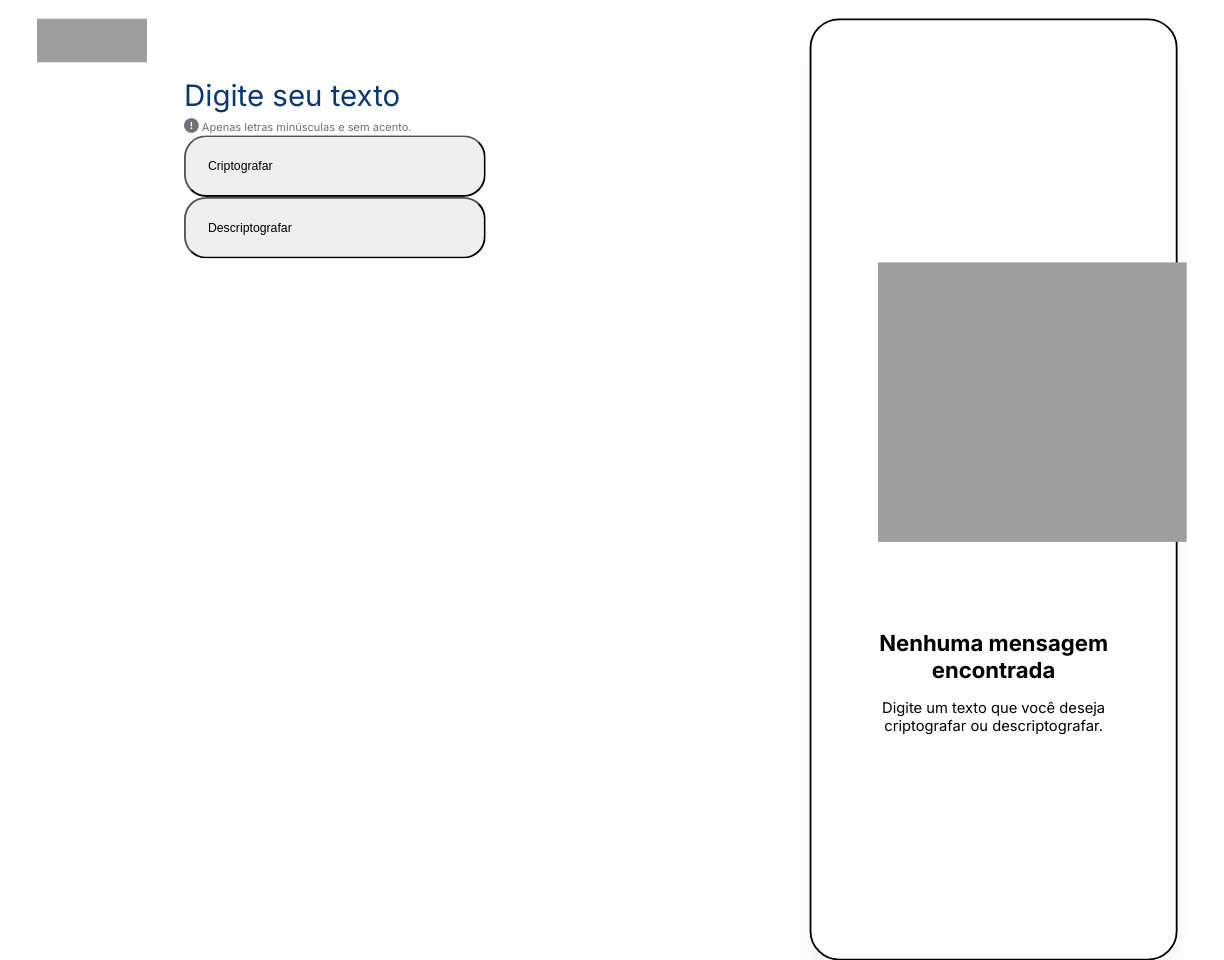
Repository: CarlosEduardoVdeOliveira/descodificador-de-texto
Page: index.html
The author's editor kept a copy of each file at every save. The page is drawn from the files as they stood at one save, then again after the next save.
The browser window is 1280 px wide. The page is 1330 px wide, so the pictures cover 1330 px, including what lies to the right of the window. The pictures show the whole page, at 92% of full size.
Pictures or frames that could not be fetched are drawn as grey boxes.

Above is the page before, as saved 2023-04-11 21:54:49.

After the next save:
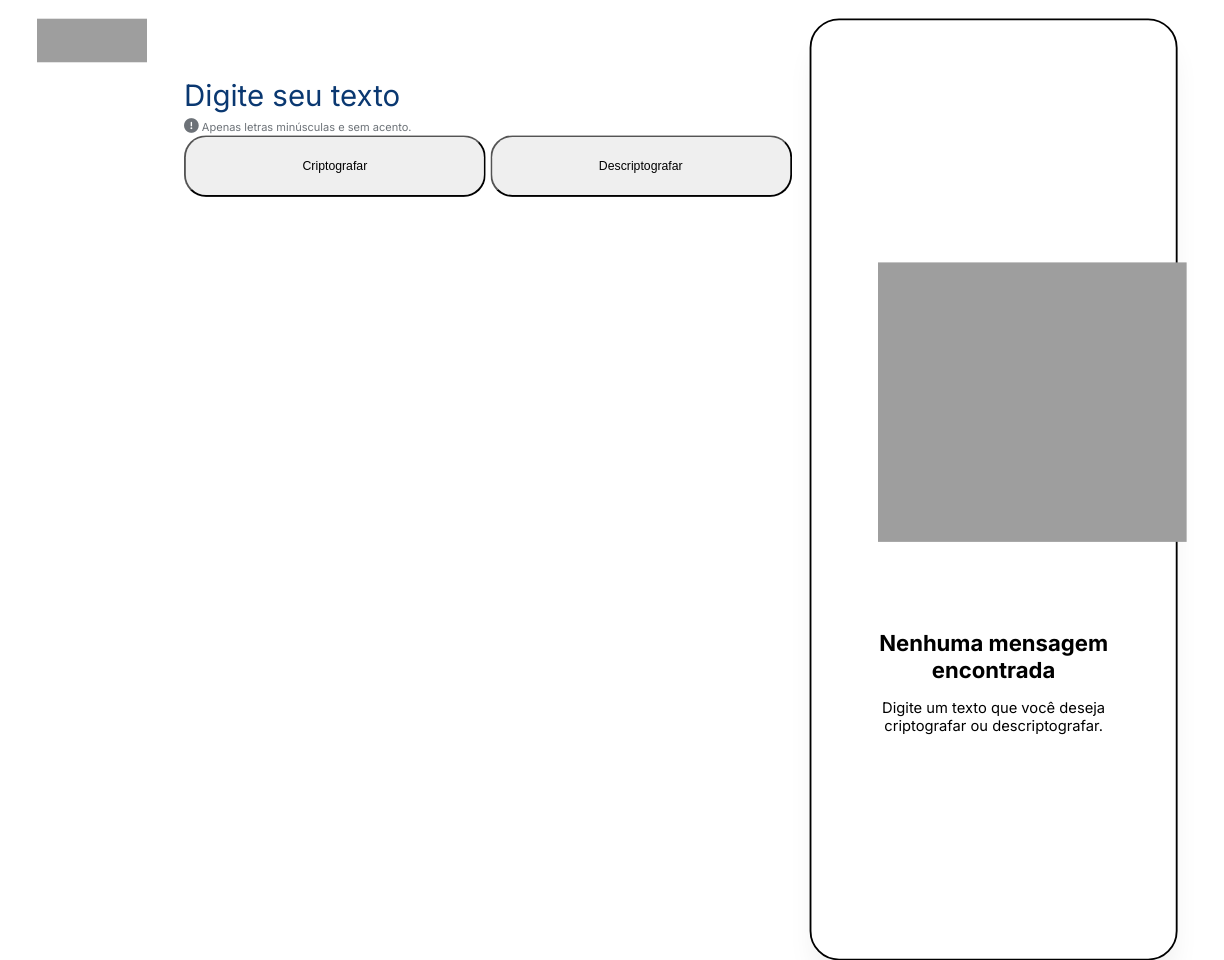
Saved 17 s later.
--- a/public/styles/index.css
+++ b/public/styles/index.css
@@ -52,9 +52,6 @@ span{
 
 }
 button{
-   display: flex;
-   flex-direction: row;
-   align-items: flex-start;
    padding: 24px;
    gap: 8px;
 
